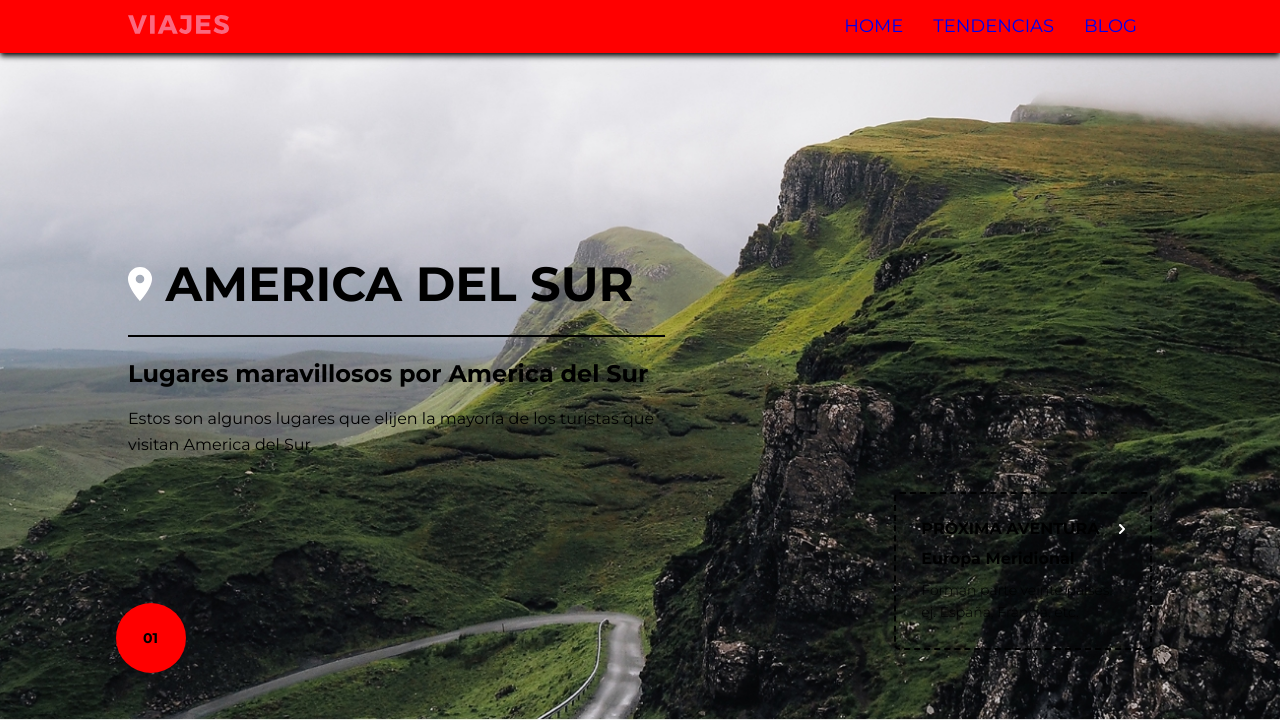
Repository: agustin-mesa/viajes
Page: /
The author's editor kept a copy of each file at every save. The page is drawn from the files as they stood at one save, then again after the next save.
The browser window is 1280 px wide. The pictures show the whole page.
The project was rebuilt for these pictures with package versions that can differ from the ones it lists, and the page was loaded fresh each time. Also part of the build but not shown: src/components/styles/colors.module.scss.

Above is the page before, as saved 2021-11-11 20:02:52.

After the next save:
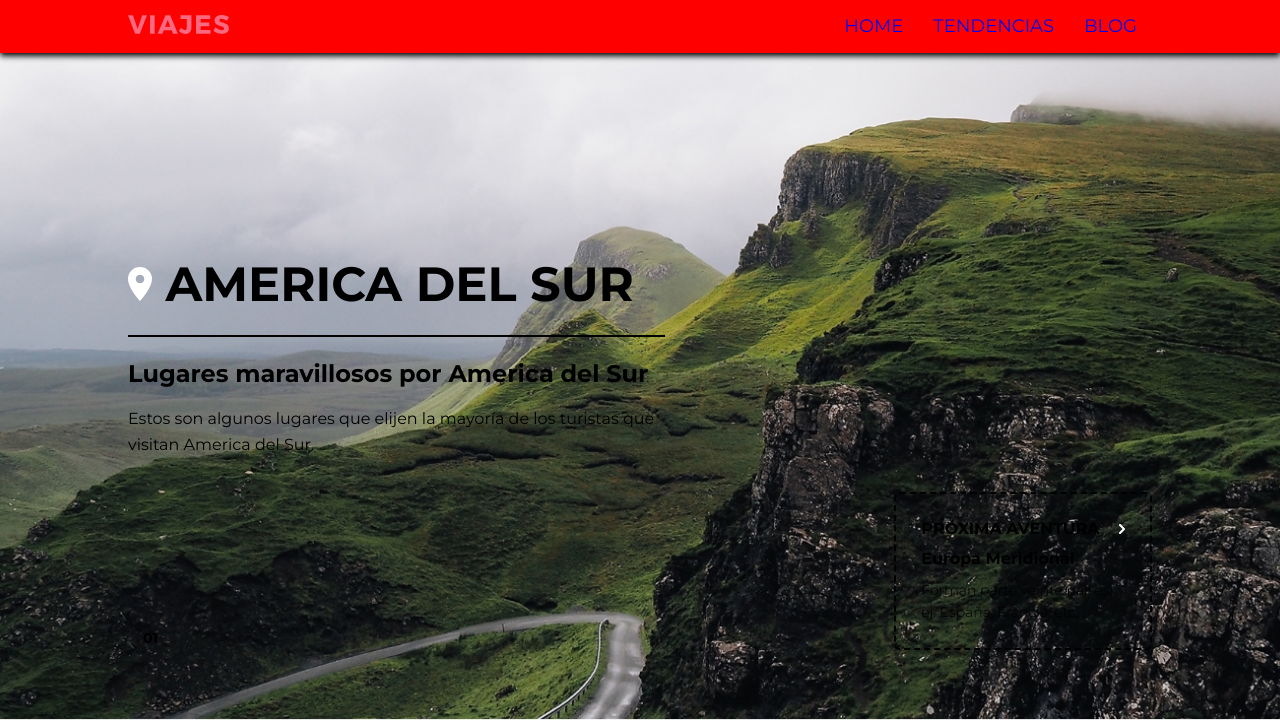
Saved 21 s later.
--- a/src/pages/Home.js
+++ b/src/pages/Home.js
@@ -110,7 +110,6 @@
     background: ${colors.white};
     border-radius: 50px;
     font: normal normal bold 14px/22px Montserrat;
-    z-index: 1;
   }
   .hero__slider::after {
     content: "";
@@ -119,7 +118,7 @@
     height: 70px;
     background: red;
     border-radius: 50px;
-    z-index: -50;
+    z-index: -1;
   }
 `;
 

After the save that followed:
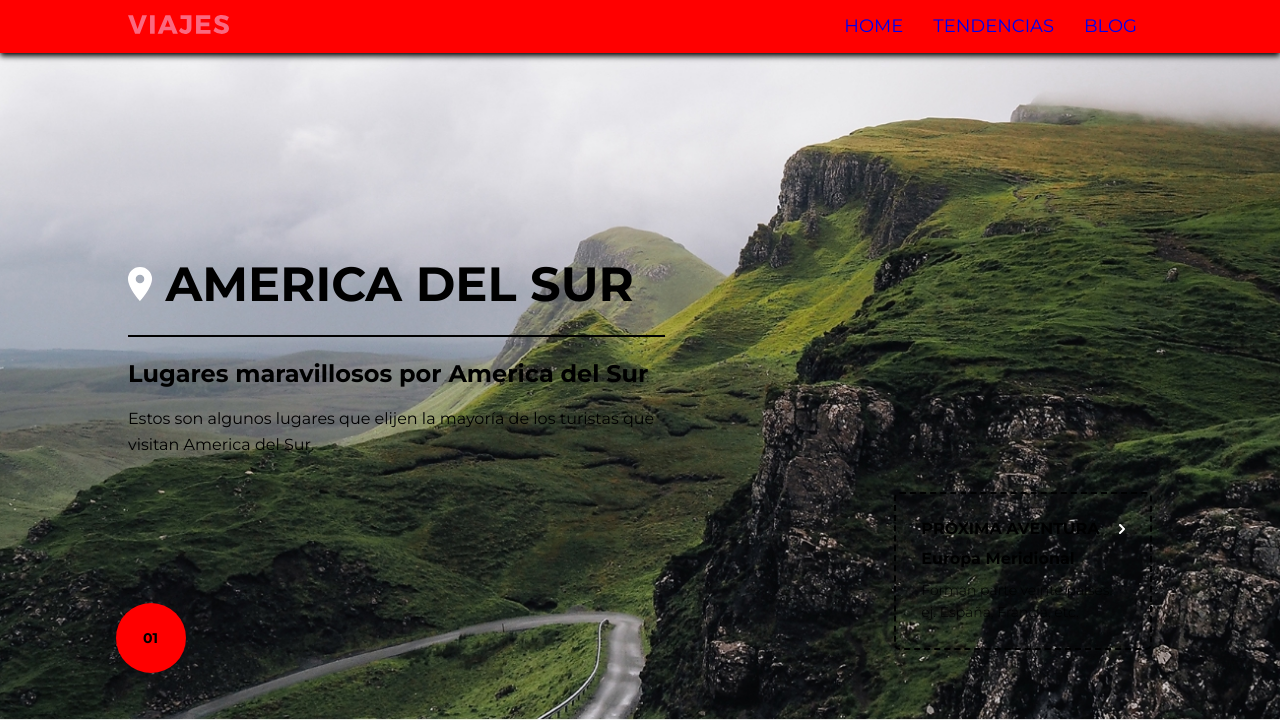
Saved 5 s later.
--- a/src/pages/Home.js
+++ b/src/pages/Home.js
@@ -110,6 +110,7 @@
     background: ${colors.white};
     border-radius: 50px;
     font: normal normal bold 14px/22px Montserrat;
+    z-index: 1;
   }
   .hero__slider::after {
     content: "";
